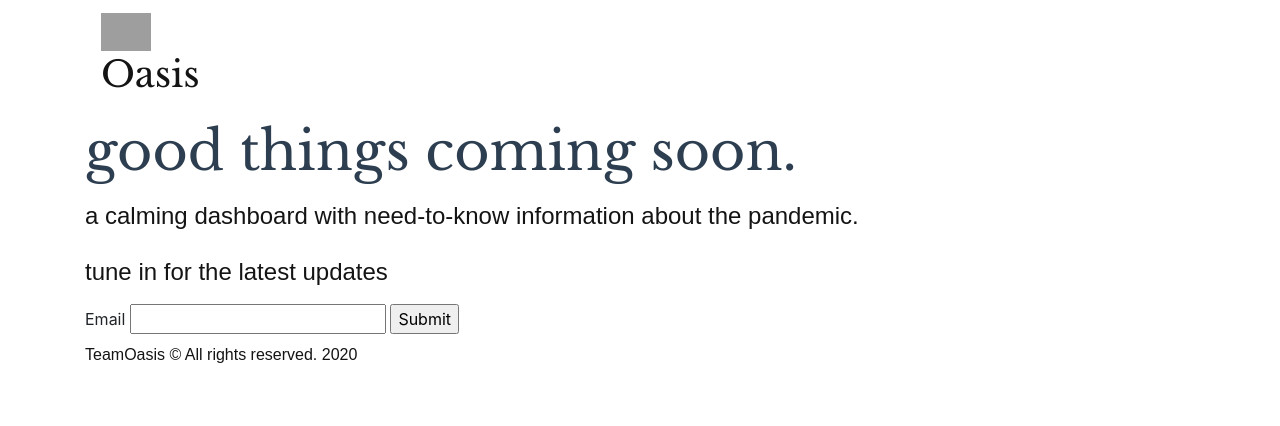
Repository: dexho/oasis-extension
Page: coming-soon.html
These files come from the project's save history. The page is drawn as it stood at one moment and after the next save; the edit follows.
The browser window is 1280 px wide. The pictures show the whole page.
Pictures or frames that could not be fetched are drawn as grey boxes. Some web fonts or font styles are not loaded; a fallback is used.

Above is the page before, as saved 2020-07-24 13:05:18.

After the next save:
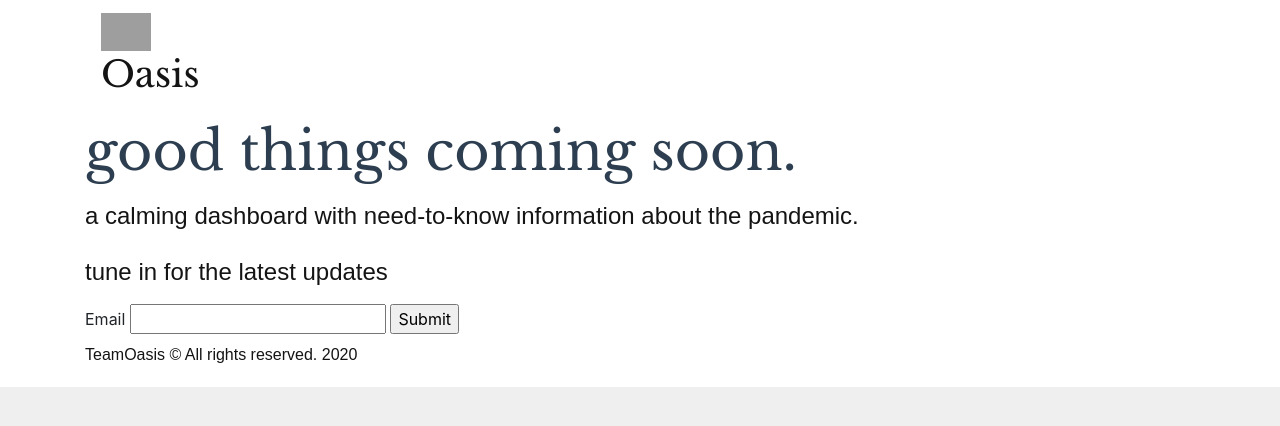
Saved 12 s later.
--- a/css/dist/coming-soon.css
+++ b/css/dist/coming-soon.css
@@ -3,7 +3,7 @@
     font-size: 16px;
     font-weight: 400;
     line-height: 24px;
-    background-color:$white;
+    background-color: #efefef;
 }
 
 h1{

After the save that followed:
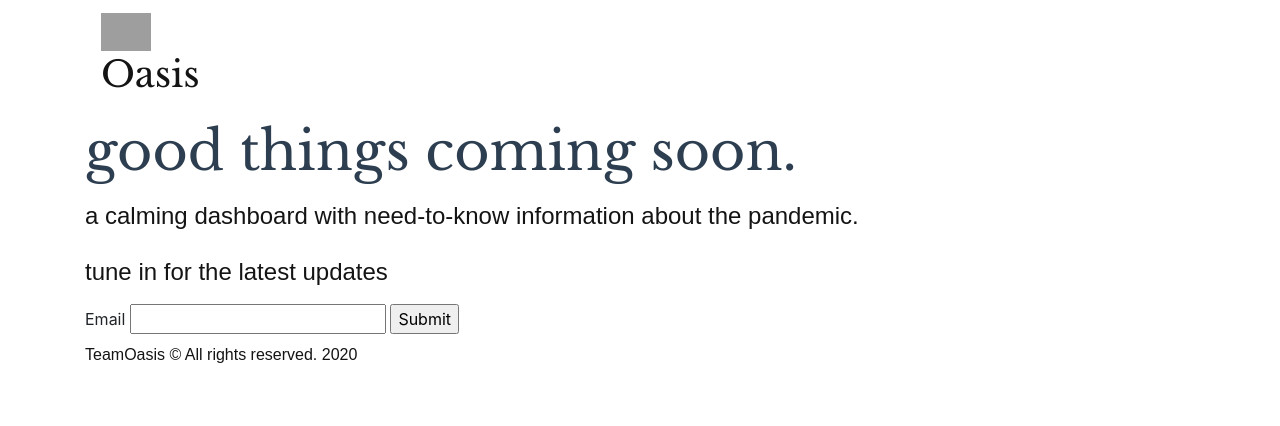
Saved 16 s later.
--- a/css/dist/coming-soon.css
+++ b/css/dist/coming-soon.css
@@ -3,7 +3,6 @@
     font-size: 16px;
     font-weight: 400;
     line-height: 24px;
-    background-color: #efefef;
 }
 
 h1{
